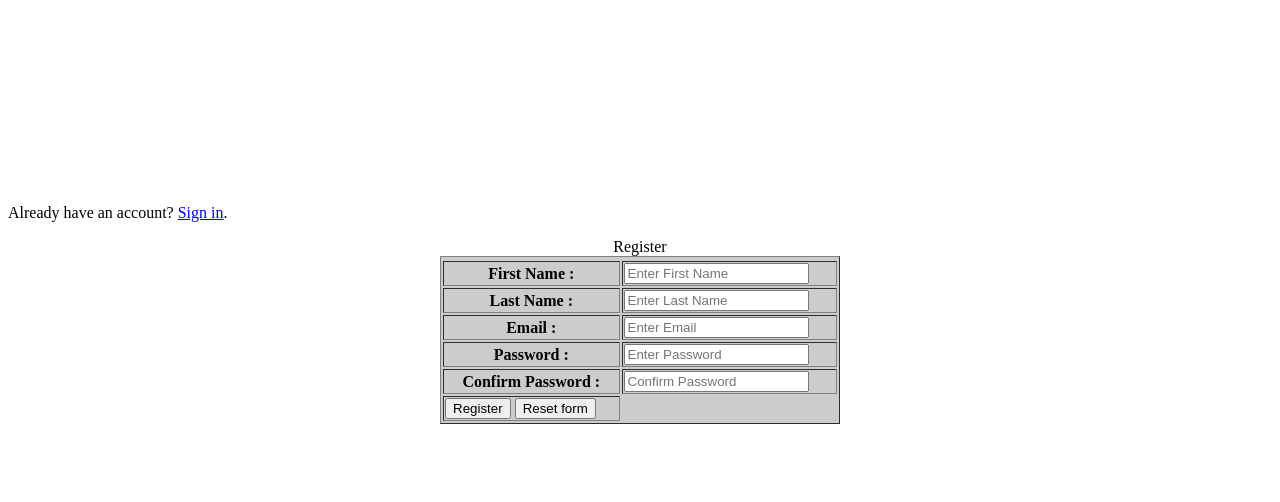
Repository: 1919satya/Mode2
Page: sample/sample/WebContent/sample.html
An editor plug-in stored every save of this project. The page is shown before and after the next save, followed by the edit.
The browser window is 1280 px wide. The pictures show the whole page.

Above is the page before, as saved 2019-10-09 10:16:03.

### sample/sample/WebContent/sample.html
<!DOCTYPE html>
<html>
<head>
<meta charset="ISO-8859-1">
<title>Insert title here</title>
</head>
<body>

<form >
<div class="container">
<table border="1" align="center" width="400" bgcolor="#CCCCCC" >

  <tr>
    <caption>Register</caption>
    <th>First Name :</th>
   <td><input type="text" placeholder="Enter First Name" name="firstName"  required></td><br/><br/>
   </tr>

   <tr>
    <th>Last Name :</th>
    <td><input type="text" placeholder="Enter Last Name" name="lastName" required></td> <br/><br/>
    </tr>

    <tr>
    <th>Email :</th>
   <td><input type="text" placeholder="Enter Email" name="email" required></td> <br/><br/>
   </tr>

<tr>
    <th>Password :</th>
    <td><input type="password" placeholder="Enter Password" name="psw" required></td> <br/><br/>
    </tr>

    <tr>
    <th>Confirm Password :</th>
    <td><input type="password" placeholder="Confirm Password" name="psw-repeat" required></td> <br/><br/>
   </tr>
   <tr>
   <center>
    <td><button type="submit" class="registerbtn">Register</button>
    <button type="reset" >Reset form</button></td>
    </center>
    </tr>

  </div>

  <div class="container signin">
    <p>Already have an account? <a href="#">Sign in</a>.</p>
  </div>
</form>
</table>
</body>
</html>

After the next save:
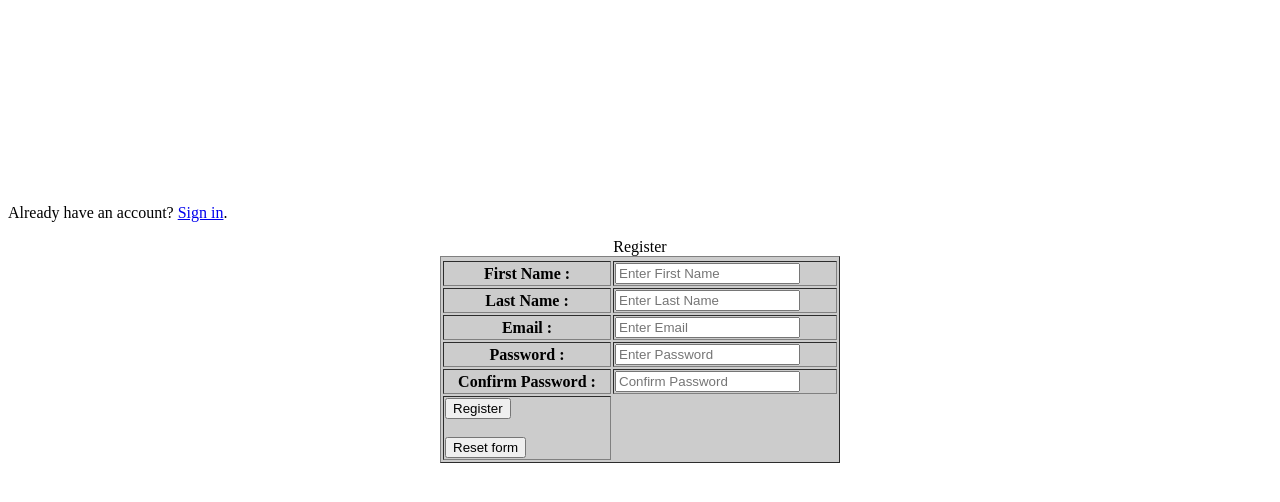
Saved 24 s later.
--- a/sample/sample/WebContent/sample.html
+++ b/sample/sample/WebContent/sample.html
@@ -37,7 +37,7 @@
    </tr>
    <tr>
    <center>
-    <td><button type="submit" class="registerbtn">Register</button>
+    <td><button type="submit" class="registerbtn">Register</button> <br/><br/>
     <button type="reset" >Reset form</button></td>
     </center>
     </tr>
